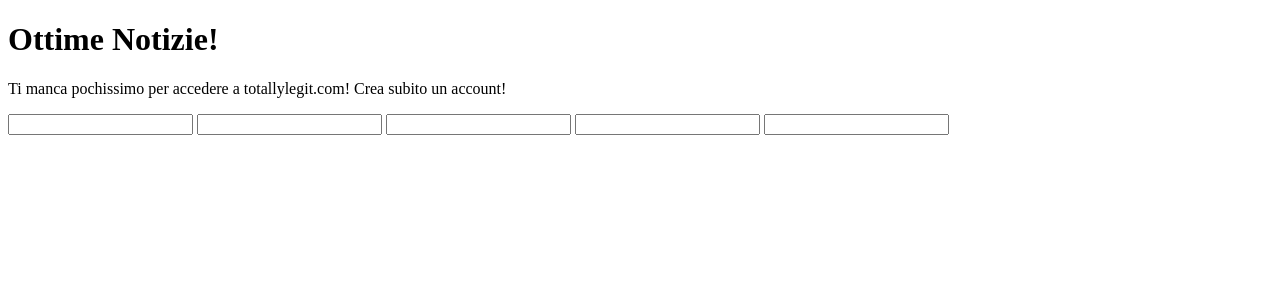
Repository: inkeaton/samarkanda
Page: Codice/Unige/Anno 3/SAW/es2/form.html
The author's editor kept a copy of each file at every save. The page is drawn from the files as they stood at one save, then again after the next save.
The browser window is 1280 px wide. The pictures show the whole page.

Above is the page before, as saved 2023-10-01 15:06:33.

After the next save:
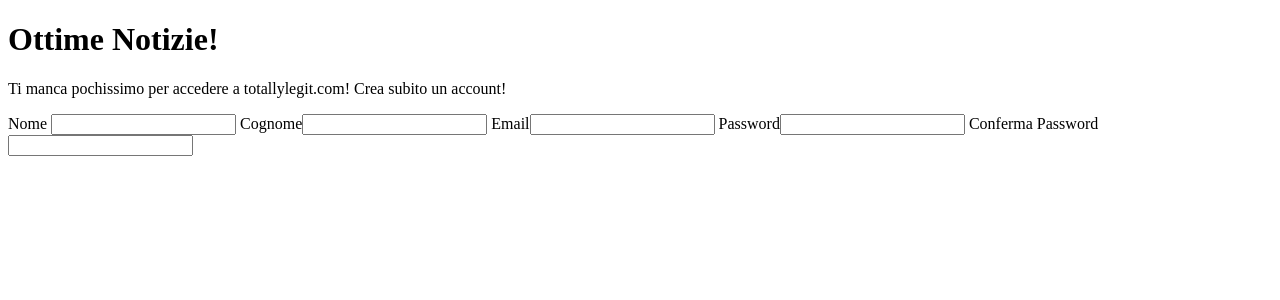
Saved 44 s later.
--- a/Codice/Unige/Anno 3/SAW/es2/form.html
+++ b/Codice/Unige/Anno 3/SAW/es2/form.html
@@ -12,15 +12,15 @@
         </header>
 
         <form>
-            <input type="text" id="firstname" name="firstname">
+            Nome <input type="text" id="firstname" name="firstname">
 
-            <input type="text" id="lastname" name="lastname">
+            Cognome<input type="text" id="lastname" name="lastname">
 
-            <input type="email" id="email" name="email">
+            Email<input type="email" id="email" name="email">
 
-            <input type="password" id="pass" name="pass">
+            Password<input type="password" id="pass" name="pass">
 
-            <input type="password" id="confirm" name="confirm">
+            Conferma Password<input type="password" id="confirm" name="confirm">
         </form>
     </body>
 </html>
